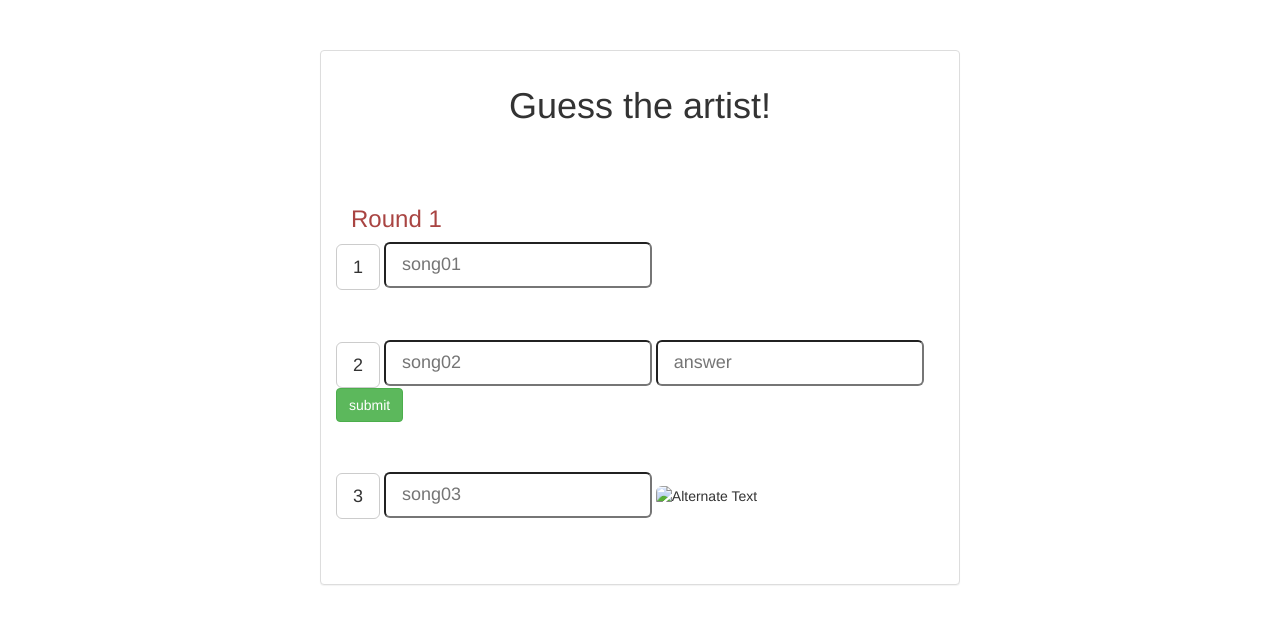
Repository: VladLevishevGIT/MyProjects
Page: Java/GuessTheArtistQuizWeb/WebContent/GuessTheArtist.html
An editor plug-in stored every save of this project. The page is shown before and after the next save, followed by the edit.
The browser window is 1280 px wide. The pictures show the whole page.
The page's requests for data from a server got no answer.

Above is the page before, as saved 2017-02-19 16:11:45.

### Java/GuessTheArtistQuizWeb/WebContent/GuessTheArtist.html
<!DOCTYPE html>
<html lang="en">
<head>
    <meta charset="utf-8">
    <meta http-equiv="X-UA-Compatible" content="IE=edge">
    <meta name="viewport" content="width=device-width, initial-scale=1">
    <title>Test Page</title>
    <link href="bootstrap/css/bootstrap.min.css" rel="stylesheet">
    <script src="jquery/jquery-3.1.1.min.js"></script>
    <script src="bootstrap/js/bootstrap.min.js"></script>
    <script src="angular/angular.min.js"></script>
    <script src="angular/angularCode.js"></script>
</head>
<body>
    <div style="height:50px"></div>
        <div class="panel panel-default col-lg-offset-3 col-lg-6" ng-app="myApp">
            <div class="panel-body" ng-controller="myCtrl">
                <div class="text-center"><h1>Guess the artist!</h1></div>
                <div class="input-group">
                    <div style="height:50px"></div>
                    <div class="text-danger"><h3>Round 1</h3></div>
                    <div class="row">
                        <button type="button" class="btn btn-lg btn-default">1</button>
                        <input type="text" name="song01" value="{{round.firstSong}}" class="input input-lg" placeholder="song01" />
                    </div>
                    <div style="height:50px"></div>
                    <div class="row">
                   	 <form ng-controller="song01Ctrl">
                        <button type="button" class="btn btn-lg btn-default">2</button>
                        <input type="text" name="song02" value="" class="input-lg" placeholder="song02" ng-model="song02Value"/>
                        <input type="text" name="answer" value="" class="input-lg" placeholder="answer" ng-model="inputValue"/>
                        <button class="btn btn-success" ng-click="myFunc(inputValue)">submit</button>
                     </form>
                    </div>
                        <div style="height:50px"></div>
                    <div class="row">
                        <button type="button" class="btn btn-lg btn-default">3</button>
                        <input type="text" name="song03" value="" class="input-lg" placeholder="song03" />
                        <img src="#" alt="Alternate Text" class="img-rounded" />
                    </div>
                        <div style="height:50px"></div>
                    </div>
            </div>
        </div>
</body>
</html>

### Java/GuessTheArtistQuizWeb/WebContent/angular/angularCode.js
/*var adminApp = angular.module("myApp", []);

adminApp.controller("myCtrl", function($scope, $http) {
	$scope.myFunc = function() {

		var data = $scope.songs;
		$http.get("rest/quizWebService/getSongs").success(function(response) {
			$scope.companies = response.company;
		})
	}
});*/

var mainApp = angular.module('myApp', [])

mainApp.controller('myCtrl', function($scope, $http) {
    $http.get('rest/quizWebService/getSongs').
        then(function(response) {
            $scope.round = response.data;
        });
});

mainApp.controller('song01Ctrl')

Loaded but not shown: Java/GuessTheArtistQuizWeb/WebContent/bootstrap/css/bootstrap.min.css (library); Java/GuessTheArtistQuizWeb/WebContent/jquery/jquery-3.1.1.min.js (library); Java/GuessTheArtistQuizWeb/WebContent/bootstrap/js/bootstrap.min.js (library); Java/GuessTheArtistQuizWeb/WebContent/angular/angular.min.js (library)

After the next save:
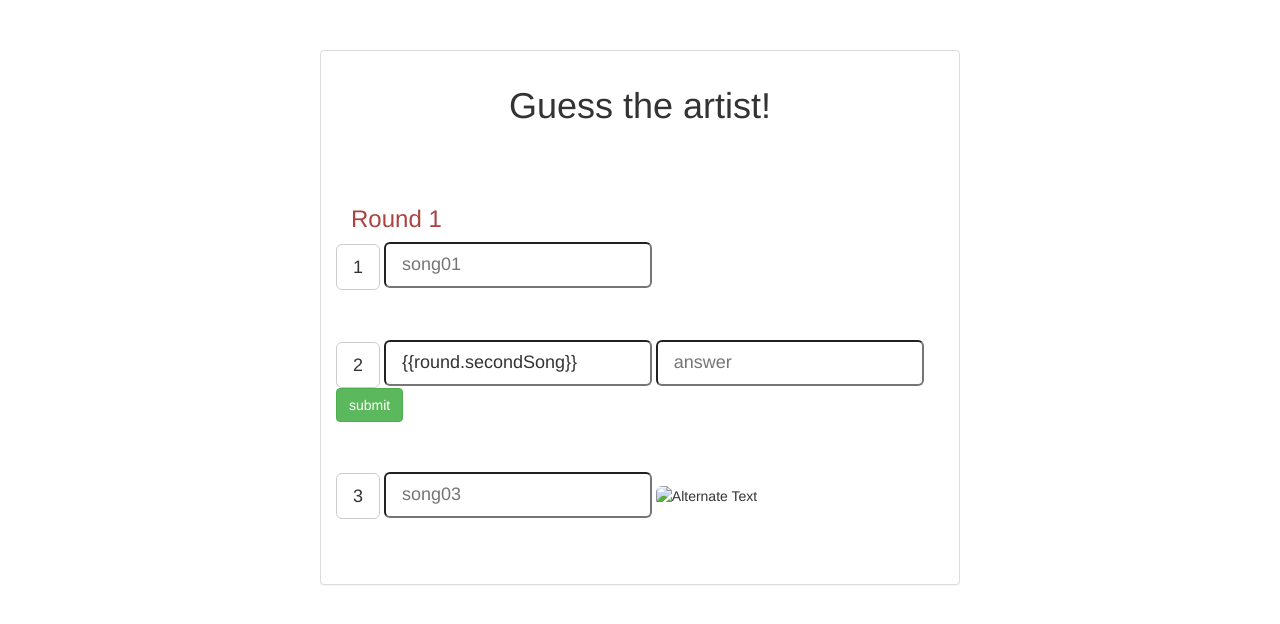
Saved 11 min 9 s later.
--- a/Java/GuessTheArtistQuizWeb/WebContent/GuessTheArtist.html
+++ b/Java/GuessTheArtistQuizWeb/WebContent/GuessTheArtist.html
@@ -27,7 +27,7 @@
                     <div class="row">
                    	 <form ng-controller="song01Ctrl">
                         <button type="button" class="btn btn-lg btn-default">2</button>
-                        <input type="text" name="song02" value="" class="input-lg" placeholder="song02" ng-model="song02Value"/>
+                        <input type="text" name="song02" value="{{round.secondSong}}" class="input-lg" placeholder="song02"/>
                         <input type="text" name="answer" value="" class="input-lg" placeholder="answer" ng-model="inputValue"/>
                         <button class="btn btn-success" ng-click="myFunc(inputValue)">submit</button>
                      </form>
--- a/Java/GuessTheArtistQuizWeb/WebContent/angular/angularCode.js
+++ b/Java/GuessTheArtistQuizWeb/WebContent/angular/angularCode.js
@@ -19,4 +19,9 @@ mainApp.controller('myCtrl', function($scope, $http) {
         });
 });
 
-mainApp.controller('song01Ctrl')
+mainApp.controller('song01Ctrl',function () {
+    $scope.inputValue = null;
+    $scope.myFunc = function (value) {
+        console.log(value);
+    };
+});
